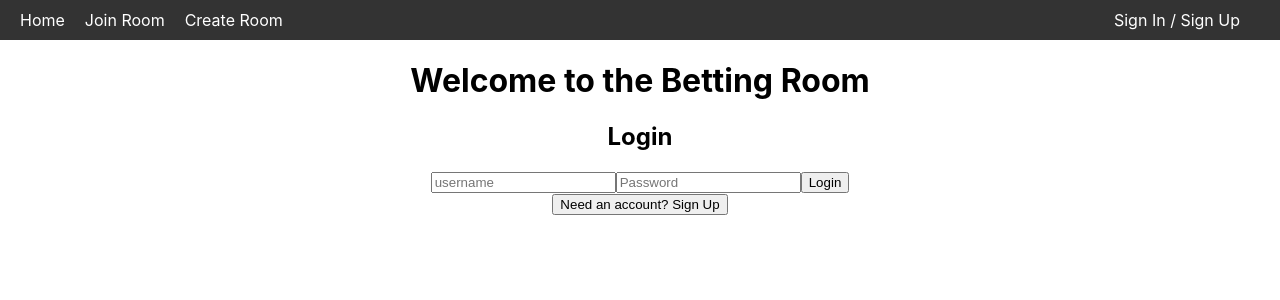
Repository: cis350/team_14_cis_3500_project_repo
Page: /signin (app in frontend/shakeonit/)
These files come from the project's save history. The page is drawn as it stood at one moment and after the next save; the edit follows.
The browser window is 1280 px wide. The pictures show the whole page.
The project was rebuilt for these pictures with package versions that can differ from the ones it lists, and the page was loaded fresh each time. Also part of the build but not shown: frontend/shakeonit/src/EventCard.js, frontend/shakeonit/src/Home.js, frontend/shakeonit/src/JoinBettingRoom.js, frontend/shakeonit/src/CreateBettingRoom.js, frontend/shakeonit/src/BettingRoom.js.

Above is the page before, as saved 2024-05-14 17:02:31.

After the next save:
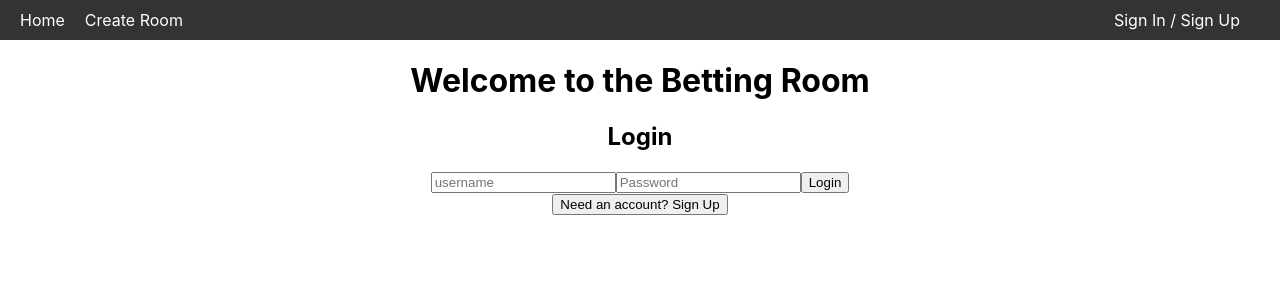
Saved 109 s later.
--- a/frontend/shakeonit/src/Navbar.js
+++ b/frontend/shakeonit/src/Navbar.js
@@ -36,7 +36,6 @@ function Navbar() {
         <nav style={navbarStyle}>
             <div>
                 <Link to="/" style={linkStyle}>Home</Link>
-                <Link to="/join-room" style={linkStyle}>Join Room</Link>
                 <Link to="/create-room" style={linkStyle}>Create Room</Link>
             </div>
             <div>
